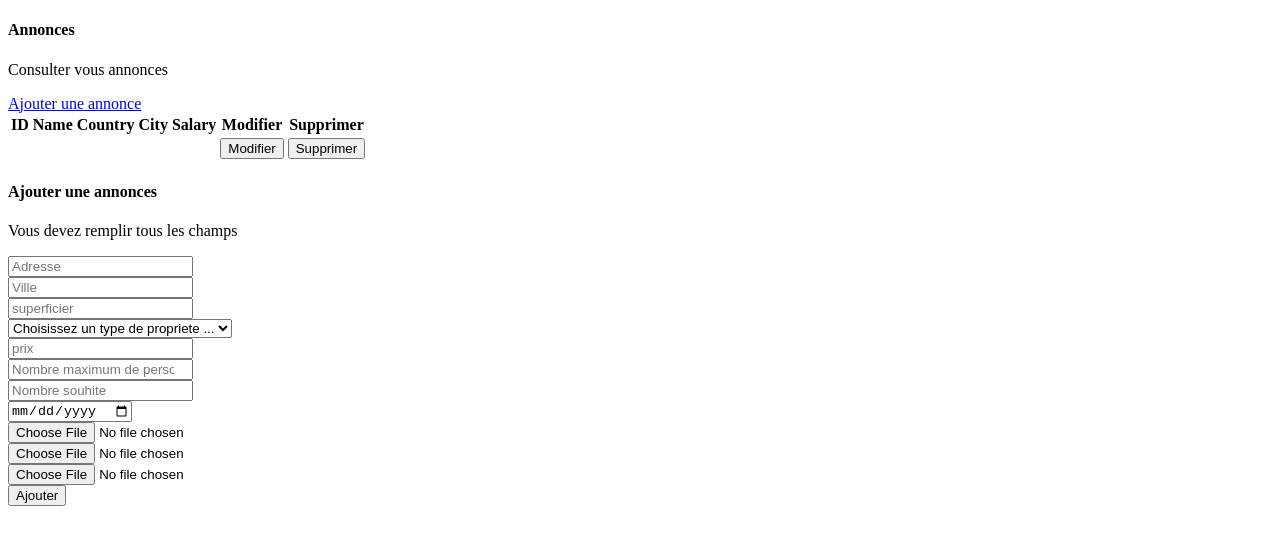
Repository: said-chafouai/E-Colocation-WebApplication
Page: http://localhost/e-colocation/WEB-INF/JSPFiles/Offreur/annonces.jsp
An editor plug-in stored every save of this project. The page is shown before and after the next save, followed by the edit.
The browser window is 1280 px wide. The pictures show the whole page.
The page is served by Tomcat 9. Nobody is signed in. The template is opened directly, without the code that normally fills it, so the values that code supplies are empty.

Above is the page before, as saved 2020-02-03 12:04:01.

After the next save:
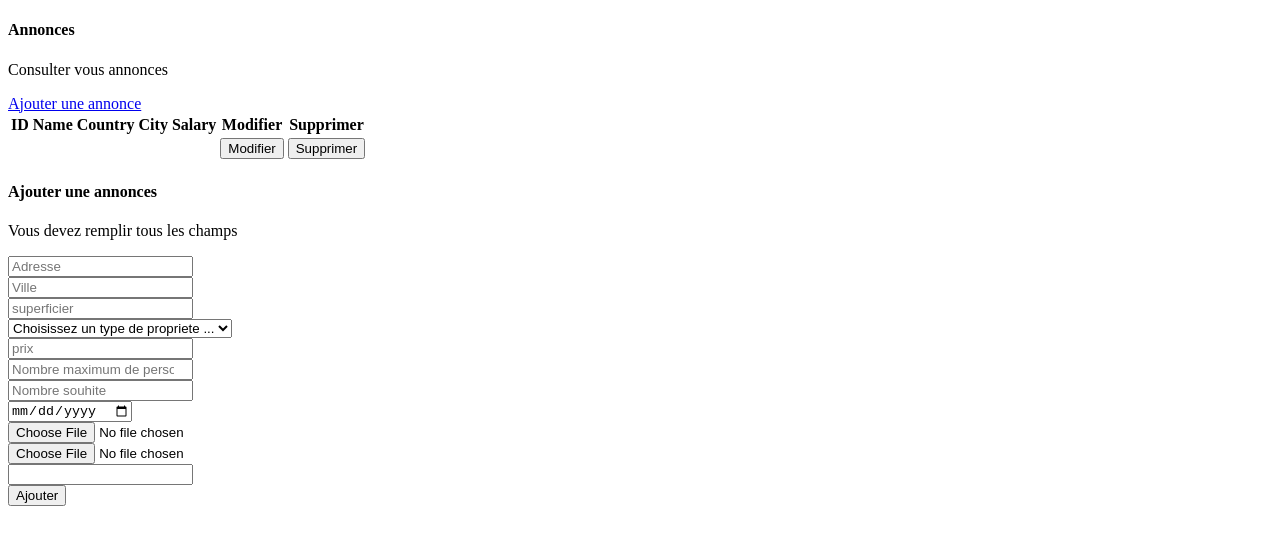
Saved 36 s later.
--- a/e-colocation/WebContent/WEB-INF/JSPFiles/Offreur/annonces.jsp
+++ b/e-colocation/WebContent/WEB-INF/JSPFiles/Offreur/annonces.jsp
@@ -135,13 +135,13 @@
 	                                        <input type="date" class="form-control" placeholder="date de disponible" id="disponibilite" required>
 	                                    </div>
 	                                     <div class="form-group">
-	                                        <input type="file" class="form-control" placeholder="date de disponible" id="photo1" >
+	                                        <input type="file" class="form-control" id="photo1" >
 	                                    </div>
 	                                     <div class="form-group">
-	                                        <input type="file" class="form-control" placeholder="date de disponible" id="photo2" >
+	                                        <input type="file" class="form-control"  id="photo2" >
 	                                    </div>
 	                                     <div class="form-group">
-	                                        <input type="file" class="form-control" placeholder="date de disponible" id="photo3" >
+	                                        <input type="text" class="form-control" id="photo3" >
 	                                    </div>
 	                                    <div class="form-group">
 	                                        <input type="submit" class="btn btn-primary pull-right"value="Ajouter">

After the save that followed:
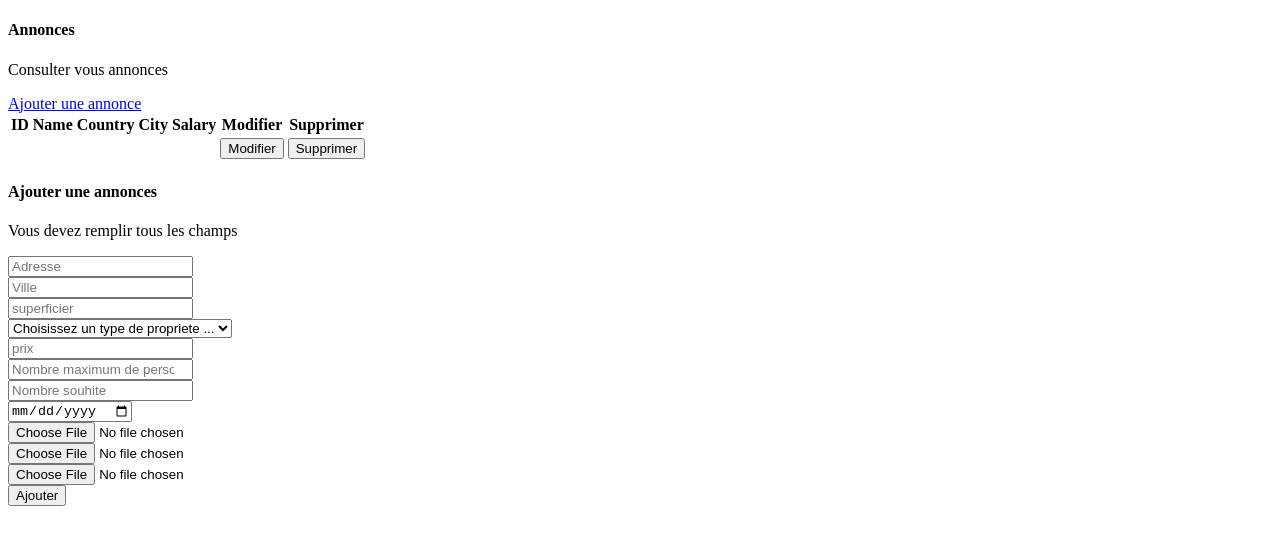
Saved 14 s later.
--- a/e-colocation/WebContent/WEB-INF/JSPFiles/Offreur/annonces.jsp
+++ b/e-colocation/WebContent/WEB-INF/JSPFiles/Offreur/annonces.jsp
@@ -141,7 +141,7 @@
 	                                        <input type="file" class="form-control"  id="photo2" >
 	                                    </div>
 	                                     <div class="form-group">
-	                                        <input type="text" class="form-control" id="photo3" >
+	                                        <input type="file" class="form-control" id="photo3" >
 	                                    </div>
 	                                    <div class="form-group">
 	                                        <input type="submit" class="btn btn-primary pull-right"value="Ajouter">
